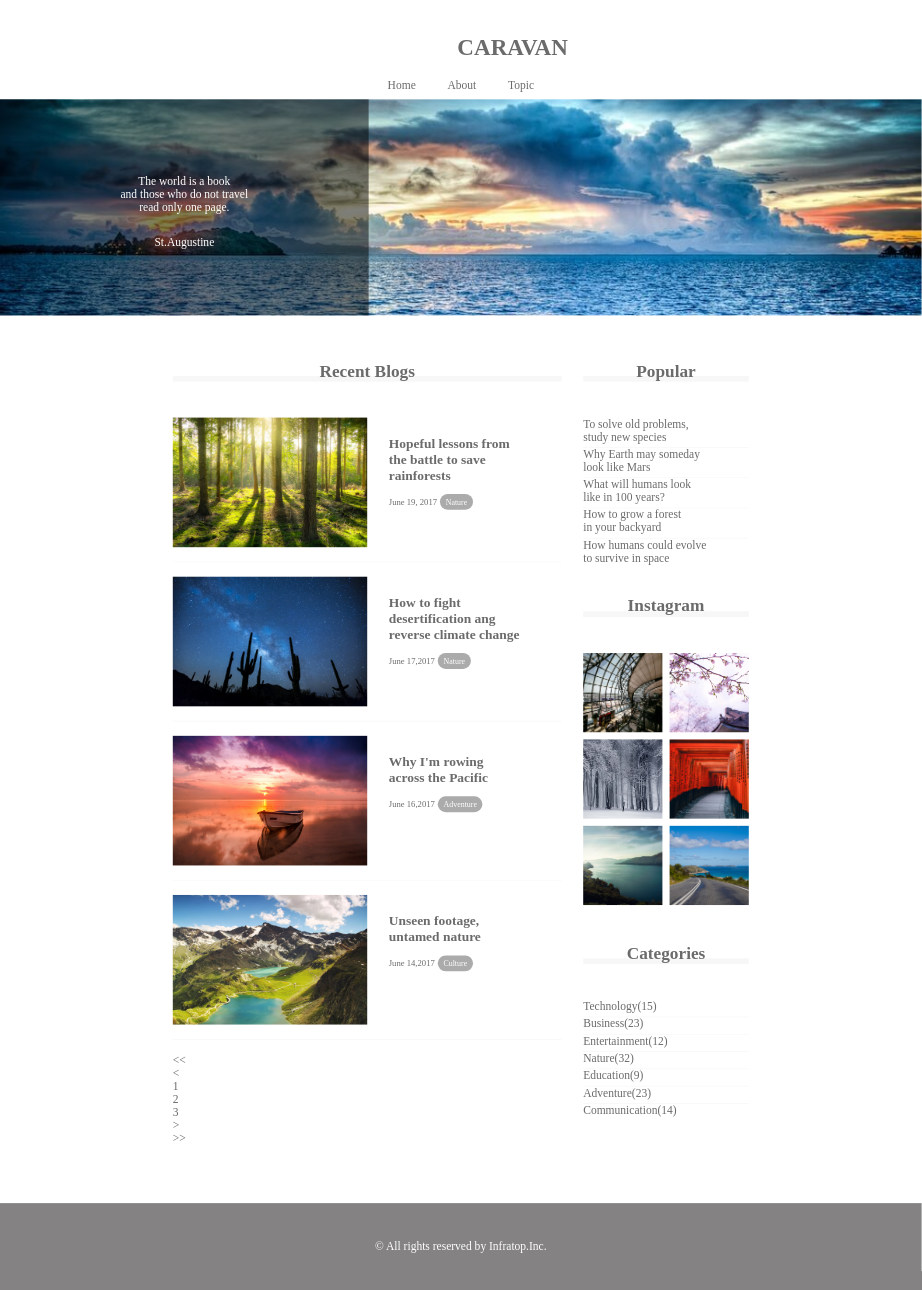
Repository: takanauti/task
Page: caravan/index.html
The author's editor kept a record of every edit. The page is drawn from the files as they stood at one moment, then again after the next edit.
The browser window is 1280 px wide. The pictures show the whole page, at 72% of full size.

Above is the page before.

### caravan/index.html
<!DOCTYPE html>
<html lang="ja">
  <head>
    <meta charset="UTF-8" />
    <!-- CSSファイルの読み込み -->
    <link rel="stylesheet" href="style.css" />
    <title>CARAVAN</title>
  </head>

  <body>
    <!--header-->
    <header>


　　 <h1 class="heading">
　　   <a href="index.html">
　　  CARAVAN
　　  </a>
　　 </h1>
    </header>

    <nav>
     <ul class="nav-list">
       <li class="nav-list-item">
         <a href="index.html">Home</a>
       </li>
       <li class="nav-list-item">About</li>
       <li class="nav-list-item">Topic</li>
     </ul>
    </nav>


        <!-- main-visual用のdiv -->
    <div class="main-visual">
    <div class="main-visual-content">
      <p class="main-visual-text">
        The world is a book<br />
        and those who do not travel<br />
        read only one page.
      </p>
      <p class="main-visual-name">
        St.Augustine
      </p>
    </div>

    </div>

      <!-- main用のdiv -->
   <main>
      <section class="blog">
        <h2 class="blog-heading">Recent Blogs</h2>
        <div class="blog-box">
        <div class="blog-item">
          <img class="blog-image" src="img/forest.jpg"/>
          <section class="blog-text">
            <h3 class="blog-text-heading">
              <a href="single.html">
                Hopeful lessons from<br>
                the battle to save<br>
                rainforests
              </a>
            </h3>
            <p class="blog-date">June 19, 2017</p>
            <span class="category">Nature</span>
          </section>
        </div>
        <div class="blog-item">
        <img class="blog-image" src="img/desert.jpg"/>
        <section class="blog-text">
        <h3 class="blog-text-heading">
        <a href="single.html">
          How to fight <br>
          desertification ang <br>
          reverse climate change
        </a>
        </h3>
        <p class="blog-date">June 17,2017</p>
        <span class="category">Nature</span>
        </section>
        </div>

        <div class="blog-item">
        <img class="blog-image" src="img/sunset.jpg"/>
        <section class="blog-text">
         <h3 class="blog-text-heading">
          <a href="single.html">
            Why I'm rowing <br>
            across the Pacific
          </a>
         </h3>
         <p class="blog-date">June 16,2017</p>
        <span class="category">Adventure</span>
        </section>
        </div>
        <div class="blog-item">
          <img class="blog-image" src="img/italy.jpg"/>
          <section class="blog-text">
          <h3 class="blog-text-heading">
          <a href="single.html">
           Unseen footage,<br>
           untamed nature
          </a>
          </h3>
          <p class="blog-date">June 14,2017</p>
          <span class="category">Culture</span>
          </section>
        </div>
        </div>

           <div class="pagination">
          <p><<</p>
          <p><</p>
          <p>1</p>
          <p>2</p>
          <p>3</p>
          <p>></p>
          <p>>></p>
        </div>
        </section>
      <div class="sidebar">
        <section class="popular">
        <h2 class="popular-heading common-heading">Popular</h2>
        <div class="sidebar-contents">
        <p class="popular-text">To solve old problems,<br>study new species</p>
        <p class="popular-text">Why Earth may someday<br>look like Mars</p>
            <p class="popular-text">What will humans look<br>like in 100 years?</p>
            <p class="popular-text">How to grow a forest<br>in your backyard</p>
            <p class="popular-text">How humans could evolve<br>to survive in space</p>
        </div>
        </section>

        <section class="instagram">
        <h2 class="instagram-heading common-heading">Instagram</h2>
        <div class="sidebar-contents">
        <div class="instagram-box"></div>
        <div class="instagram-box"></div>
        <div class="instagram-box"></div>
        <div class="instagram-box"></div>
        <div class="instagram-box"></div>
        <div class="instagram-box"></div>
        </div>
        </section>
        <section class="categories">
        <h2 class="categories-heading common-heading">Categories</h2>
        <div class="sidebar-contents">
          <p class="categories-text">Technology(15)</p>
          <p class="categories-text">Business(23)</p>
          <p class="categories-text">Entertainment(12)</p>
          <p class="categories-text">Nature(32)</p>
          <p class="categories-text">Education(9)</p>
          <p class="categories-text">Adventure(23)</p>
          <p class="categories-text">Communication(14)</p>
        </div>
        </section>
      </div>
    </main>



    <!--footer-->
    <footer>
    <p class="footer-text">© All rights reserved by Infratop.Inc.</p>
    </footer>

    </body>
</html>

### caravan/style.css
/* ブラウザがそれぞれ持っているCSSをリセットするための記述 */
* {
  margin: 0;
  padding: 0;
  box-sizing: border-box;
  color: #6c6b6b;
}

a {
  text-decoration: none;
}

header {
  width: 90%; /* 横幅90% */
  padding: 15px 0;
  margin: 0 auto;
  text-align: center;
}

header .heading {
  /* headerタグ内のheadingクラスにのみ反映される */
  font-size: 32px;
}

.nav-list {
  text-align: center;
  padding: 10px 0;
  margin: 0 auto;
}

.nav-list-item {
  list-style: none;
  display: inline-block;
  margin: 0 20px;
}

.main-visual {
  width: 100%; /* 横幅いっぱい */
  height: 300px; /* 高さ300px */
  background-image: url(img/mv.jpg);
  background-size: cover; /* 縦横比を維持したまま背景領域を埋め尽くす */
  background-position: center; /* 背景画像を中央に配置 */
}

.main-visual-content {
  width: 40%; /* 横幅40% */
  height: 300px; /* 親の高さに揃える */
  background-color: rgba(0, 0, 0, 0.5); /* 背景色を半透明の黒にする */
  text-align: center; /* 文字を中央揃えにする */
  padding-top: 105px; /* 上側の内側余白で垂直方向の位置を調整 */
}

.main-visual-text {
  color: #fff; /* 文字色を白に変更 */
}

.main-visual-name {
  margin-top: 30px; /* 上側の外側の余白 */
  color: #fff; /* 文字色を白に変更 */
}

main{
  width:800px;
  display: flex;
  justify-content:center;
  margin:0 auto;
  padding:70px 0;
}

.blog {
  width:540px;
  margin-right: 30px;
}

.blog-heading{
  border-bottom: 8px solid#f7f7f7;
  text-align: center;
  line-height: 0.6;
}

.blog-box{
  padding-top: 50px;
}

.blog-item{
  padding-bottom: 20px;
  margin-bottom: 20px;
  border-bottom: 1px solid #f7f7f7;
  display: flex;
  justify-content:flex-start;
}

.blog-image{
  height: 180px;
}

.blog-text{
  padding: 25px 0 0 30px;
}

.blog-text-heading{
  padding-bottom: 15px;
}

.blog-date{
  font-size: 12px;
  display: inline-block;
}

.category{
  display: inline-block;
  padding: 5px 8px;
  background-color: #acabab;
  border-radius: 30px;
  color:#fff;
  font-size:11px;
}

.sidebar {
  width: 230px;
}

.common-heading{
  border-bottom: 8px solid #f7f7f7;
  text-align: center;
  line-height: 0.6;
}

.sidebar-contents{
  padding: 50px 0;
}

.popular-text,
.categories-text{
 padding-bottom: 5px;
 border-bottom: 1px solid #f7f7f7;
 maegin-bottom:5px;
}

.popular-text:last-child,
.categories-text:last-child {
  margin: 0;
  padding: 0;
  border: none;
}

.instagram .sidebar-contents {
  display: flex;
  flex-wrap: wrap;
}

.instagram-box {
  width: 110px;
  padding-top: 110px;
  background-size: cover;
  background-position: center;
  margin-bottom: 10px;
}

.instagram-box:nth-child(odd) {
  margin: 0 10px 10px 0;
}

.instagram-box:nth-child(1) {
  background-image: url(img/airport.jpg);
}

.instagram-box:nth-child(2) {
  background-image: url(img/japan.jpg);
}

.instagram-box:nth-child(3) {
  background-image: url(img/snow.jpg);
}

.instagram-box:nth-child(4) {
  background-image: url(img/japan2.jpg);
}

.instagram-box:nth-child(5) {
  background-image: url(img/lake.jpg);
}

.instagram-box:nth-child(6) {
  background-image: url(img/road.jpg);
}

footer {
  width: 100%;
  height: 120px;
  text-align: center;
  line-height: 120px;
  background-color: #848282;
}

.footer-text {
  color: #fff;
}

After the next edit:
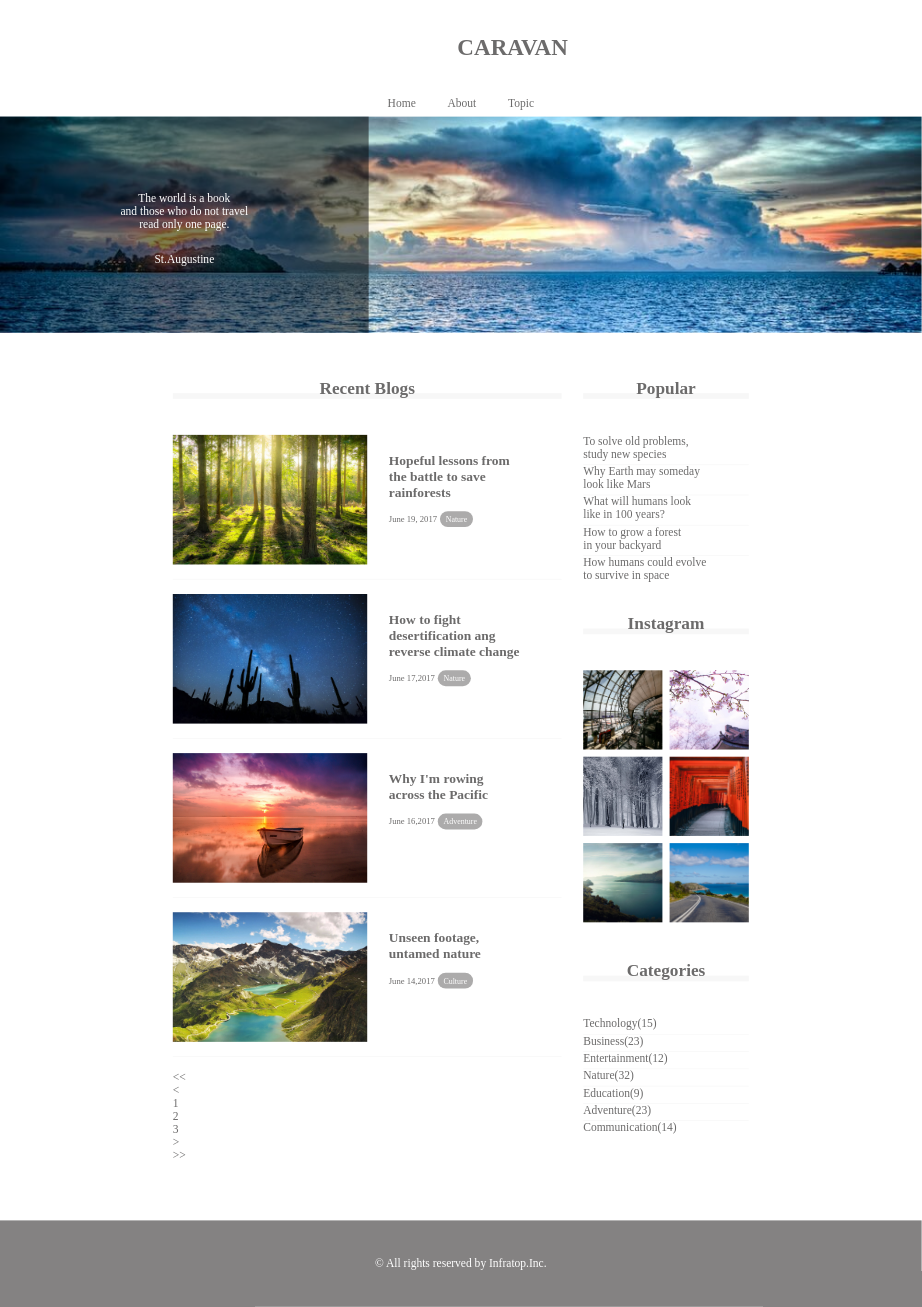
The edit:
--- a/caravan/index.html
+++ b/caravan/index.html
@@ -17,6 +17,7 @@
 　　  CARAVAN
 　　  </a>
 　　 </h1>
+　　<div class="social"></div>
     </header>
 
     <nav>
